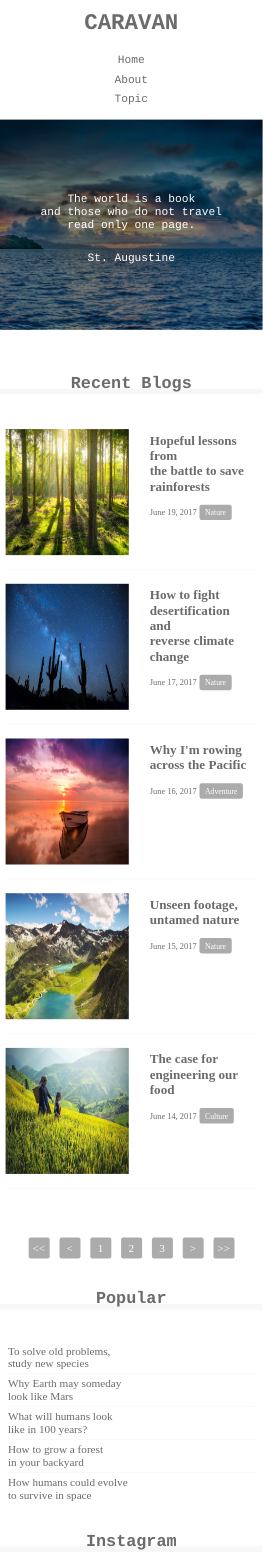
Repository: night-runner-dh/kyouzai
Page: CARAVAN/CARAVAN.html
The author's editor kept a record of every edit. The page is drawn from the files as they stood at one moment, then again after the next edit.
The browser window is 375 px wide. The pictures show the part of the page from y = 0 to 2240 px (the page is 3359 px tall before and 3734 px after), at 70% of full size.
Some web libraries are served in a nearby version.

Above is the page before.

After the next edit:
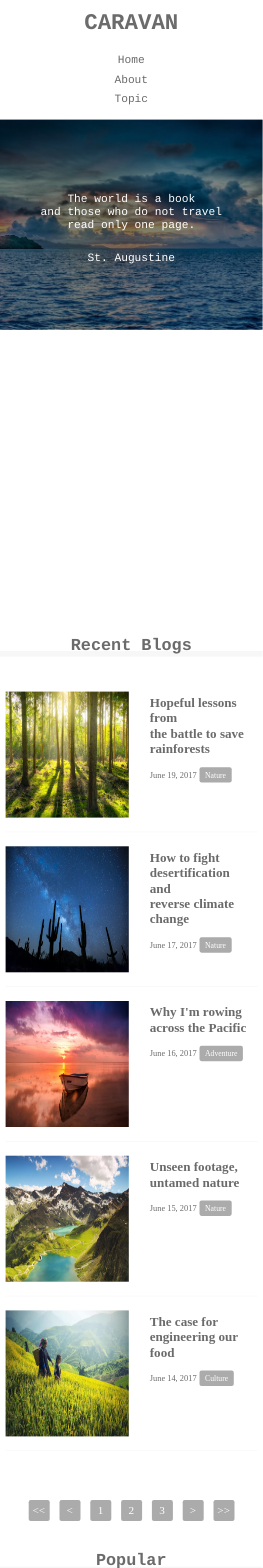
The edit:
--- a/CARAVAN/style.css
+++ b/CARAVAN/style.css
@@ -245,7 +245,7 @@
 
   .blog {
     width: 100%;
-    margin: 0;
+    margin-top: 100%;
   }
 
   .blog-box {
